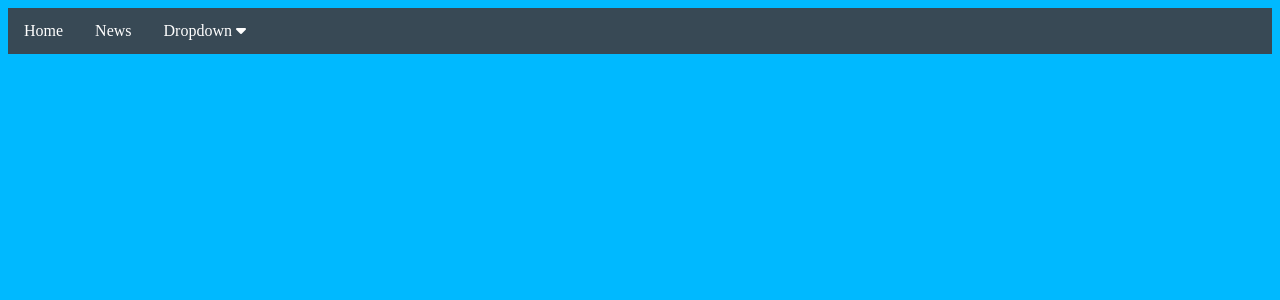
Repository: thecptwaffles/cfp-Website
Page: index.html
The author's editor kept a copy of each file at every save. The page is drawn from the files as they stood at one save, then again after the next save.
The browser window is 1280 px wide. The pictures show the whole page.
Some web libraries are served in a nearby version.

Above is the page before, as saved 2022-07-02 10:36:12.

### index.html
<!DOCTYPE html>
<html lang="en">

<head>
    <meta charset="UTF-8">
    <meta http-equiv="X-UA-Compatible" content="IE=edge">
    <meta name="viewport" content="width=device-width, initial-scale=1.0">
    <title>LSP</title>
    <link rel="shortcut icon" href="favicon.png" type="image/x-icon">
    <link rel="stylesheet" href="style.css">
    <script defer src="./app.js"></script>
    <link rel="stylesheet" href="https://cdnjs.cloudflare.com/ajax/libs/font-awesome/6.1.1/css/all.min.css"
        integrity="sha512-KfkfwYDsLkIlwQp6LFnl8zNdLGxu9YAA1QvwINks4PhcElQSvqcyVLLD9aMhXd13uQjoXtEKNosOWaZqXgel0g=="
        crossorigin="anonymous" referrerpolicy="no-referrer" />
</head>

<body>
    <nav class="navbar">
        <a href="#home">Home</a>
        <a href="#news">News</a>
        <div class="dropdown">
            <button class="dropbtn">Dropdown
                <i class="fa fa-caret-down"></i>
            </button>
            <div class="dropdown-content">
                <a href="#">Link 1</a>
                <a href="#">Link 2</a>
                <a href="#">Link 3</a>
            </div>
        </div>
    </nav>
</body>

</html>

### style.css
:root {
    --primClr: #00b9ff;
    --secClr: #384955;
    --tercClr: #dda25a;
    --accentClr: #a26e29;
    --primFont: ;
    --secFont: ;
}

body {
    background-color: var(--primClr);
}


/* Navbar container */
.navbar {
    overflow: hidden;
    background-color: var(--secClr);
    font-family: var(--primFont);
}

/* Links inside the navbar */
.navbar a {
    float: left;
    font-size: 16px;
    color: white;
    text-align: center;
    padding: 14px 16px;
    text-decoration: none;
}

/* The dropdown container */
.dropdown {
    float: left;
    overflow: hidden;
}

/* Dropdown button */
.dropdown .dropbtn {
    font-size: 16px;
    border: none;
    outline: none;
    color: white;
    padding: 14px 16px;
    background-color: inherit;
    font-family: inherit;
    /* Important for vertical align on mobile phones */
    margin: 0;
    /* Important for vertical align on mobile phones */
}

/* Add a red background color to navbar links on hover */
.navbar a:hover,
.dropdown:hover .dropbtn {
    background-color: red;
}

/* Dropdown content (hidden by default) */
.dropdown-content {
    display: none;
    position: absolute;
    background-color: #f9f9f9;
    min-width: 160px;
    box-shadow: 0px 8px 16px 0px rgba(0, 0, 0, 0.2);
    z-index: 1;
}

/* Links inside the dropdown */
.dropdown-content a {
    float: none;
    color: black;
    padding: 12px 16px;
    text-decoration: none;
    display: block;
    text-align: left;
}

/* Add a grey background color to dropdown links on hover */
.dropdown-content a:hover {
    background-color: #ddd;
}

/* Show the dropdown menu on hover */
.dropdown:hover .dropdown-content {
    display: block;
}

Loaded but not shown: app.js (no copy from this time; the picture is the same without it)

After the next save:
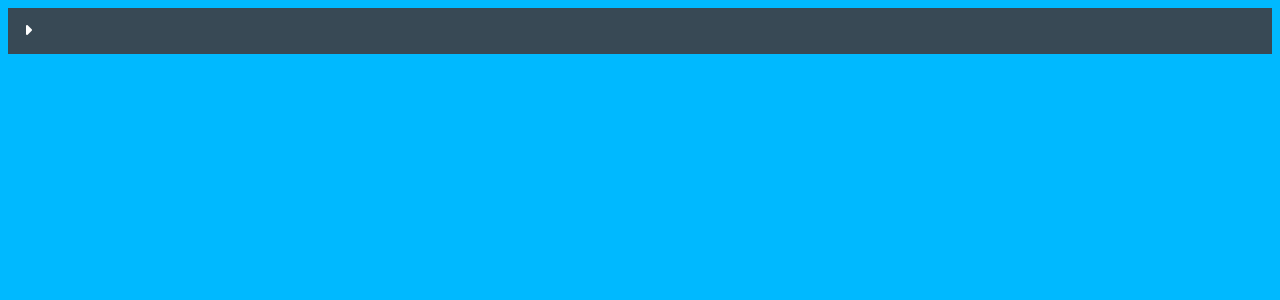
Saved 100 s later.
--- a/index.html
+++ b/index.html
@@ -16,11 +16,9 @@
 
 <body>
     <nav class="navbar">
-        <a href="#home">Home</a>
-        <a href="#news">News</a>
         <div class="dropdown">
-            <button class="dropbtn">Dropdown
-                <i class="fa fa-caret-down"></i>
+            <button class="dropbtn">
+                <i class="fa fa-caret-right"></i>
             </button>
             <div class="dropdown-content">
                 <a href="#">Link 1</a>
